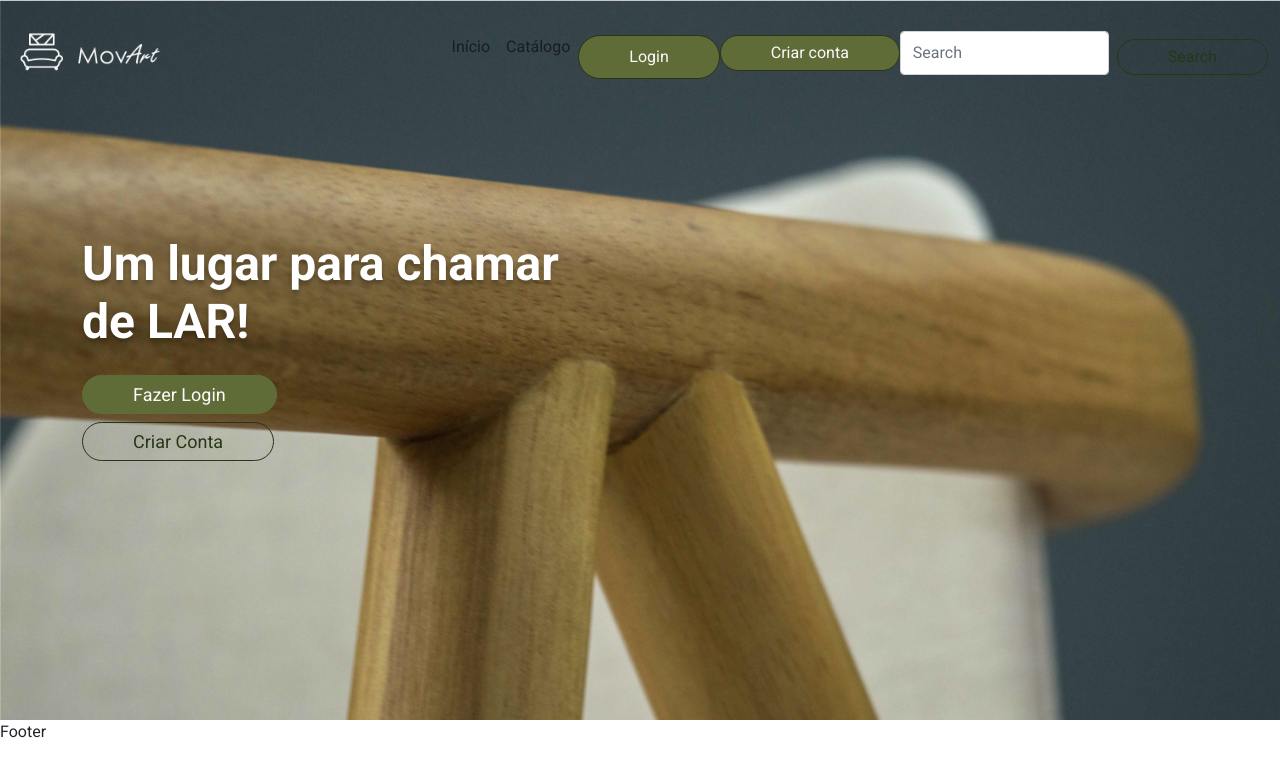
Repository: telesbp/Projeto-4-e-Projeto-5
Page: / (app in front-end/)
An editor plug-in stored every save of this project. The page is shown before and after the next save, followed by the edit.
The browser window is 1280 px wide. The pictures show the whole page.
The project was rebuilt for these pictures with package versions that can differ from the ones it lists, and the page was loaded fresh each time.

Above is the page before, as saved 2022-07-17 17:59:27.

### front-end/public/index.html
<!DOCTYPE html>
<html lang="pt-BR">
  <head>
    <meta charset="utf-8" />
    <link rel="icon" href="%PUBLIC_URL%/favicon.ico" />
    <meta name="viewport" content="width=device-width, initial-scale=1" />
    <meta name="theme-color" content="#000000" />
    <meta
      name="description"
      content="Seu negócio automatizado!"
    />
    <link rel="apple-touch-icon" href="%PUBLIC_URL%/logo192.png" />
    <!--
      manifest.json provides metadata used when your web app is installed on a
      user's mobile device or desktop. See https://developers.google.com/web/fundamentals/web-app-manifest/
    -->
    <link rel="manifest" href="%PUBLIC_URL%/manifest.json" />
    <!--
      Notice the use of %PUBLIC_URL% in the tags above.
      It will be replaced with the URL of the `public` folder during the build.
      Only files inside the `public` folder can be referenced from the HTML.

      Unlike "/favicon.ico" or "favicon.ico", "%PUBLIC_URL%/favicon.ico" will
      work correctly both with client-side routing and a non-root public URL.
      Learn how to configure a non-root public URL by running `npm run build`.
    -->
    <title>Stagio</title>

    <link rel="preconnect" href="https://fonts.googleapis.com">
    <link rel="preconnect" href="https://fonts.gstatic.com" crossorigin>
    <link href="https://fonts.googleapis.com/css2?family=Roboto:wght@400;700&display=swap" rel="stylesheet">
  </head>
  <body>
    <noscript>You need to enable JavaScript to run this app.</noscript>
    <div id="root"></div>
    <!--
      This HTML file is a template.
      If you open it directly in the browser, you will see an empty page.

      You can add webfonts, meta tags, or analytics to this file.
      The build step will place the bundled scripts into the <body> tag.

      To begin the development, run `npm start` or `yarn start`.
      To create a production bundle, use `npm run build` or `yarn build`.
    -->
  </body>
</html>

### front-end/src/index.tsx
import React from 'react';
import ReactDOM from 'react-dom/client';
import App from './App';
import 'bootstrap/dist/css/bootstrap.min.css';
import { BrowserRouter } from 'react-router-dom';
import 'react-toastify/dist/ReactToastify.css';
import { ToastContainer } from 'react-toastify';
import { GlobalStyle } from './assets/css/global';

const root = ReactDOM.createRoot(
  document.getElementById('root') as HTMLElement
);
root.render(
  <React.StrictMode>
    <BrowserRouter>
    <GlobalStyle/>
      <App />
      <ToastContainer/>
    </BrowserRouter>
  </React.StrictMode>
);

### front-end/src/App.tsx
import { HomeView } from "./views/Home";

function App() {
  return (
    <HomeView/>
  );
}

export default App;

### front-end/src/assets/css/global.ts
import { createGlobalStyle } from "styled-components";

export const GlobalStyle = createGlobalStyle`
    body{
       font-family: 'Roboto', sans-serif;
    }
`

### front-end/src/views/Home/index.tsx
import { Container } from "react-bootstrap";
import styled from "styled-components";
import bgSite from "../../assets/img/cadeira1.png"
import { CustomButton } from "../../components/CustomButton";
import { Layout } from "../../components/Layout";

export function HomeView(){
    return(
        <Layout>
            <Banner className="vh-100">
                <Container className="h-100 d-flex flex-column justify-content-center align-items-center align-items-lg-start">
                    <Title className="text-center text-white text-lg-start mt-auto mt-lg-0 ">Um lugar para chamar de LAR!</Title>
                    <CustomButton size="lg" to="login" variant="primary" className="mt-auto mt-lg-3 mb-2">Fazer Login</CustomButton>
                    <CustomButton size="lg" to="cadastro" variant="outline-primary" className="mb-4">Criar Conta</CustomButton>
                </Container>
            </Banner>
        </Layout>
    )
}

const Banner = styled.div`
    background: url(${bgSite}) no-repeat center center;
    background-size: cover;
`
const Title = styled.h1`
    font-size: 2.25rem;
    font-weight: bold;
    text-shadow: 0 4px 4px rgba(0, 0, 0, 0.25);
    @media (min-width: 992px){
        font-size: 3rem;
        max-width: 500px;
    }
`

### front-end/src/components/CustomButton/index.tsx
import { Button, ButtonProps, Spinner } from "react-bootstrap";
import { LinkContainer } from "react-router-bootstrap";
import styled from "styled-components";

type Props = ButtonProps & {
    loading?: boolean
    to?: string
}

export function CustomButton({children, loading, to, ...otherProps}: Props) {
    const button = (
        <ButtonStyled {...otherProps}>
            {loading && (
                <Spinner animation="border" role="status" size="sm" className="me-2">
                    <span className="visually-hidden">Carregando...</span>
                </Spinner>
            )}
            {children}
        </ButtonStyled>
    )
    if (to){
        return(
            <LinkContainer to={to}>
                {button}
            </LinkContainer>
        )
    }
    return button
}
const ButtonStyled = styled(Button)`
    border-radius: 50px;
    font-weight: 500;
    padding:5px 50px 5px 50px;
    ${props => props.size ==='lg' && `
        font-size: 1.125rem;
    `}
    ${props => (props.variant === "primary" || !props.variant) && `
        background-color: #606c38;
        border-color: #606c38;
        color: #fafafa!important;
        &:hover {
            background-color: #283618;
            border-color: #283618;
        }
    `}
    ${props => (props.variant === "outline-primary" || !props.variant) && `
        border-color: #283618;
        color: #283618;
        &:hover {
            background-color: #283618;
            border-color: #283618;
            color: #fafafa;
        }
    `}
`

### front-end/src/components/Layout/index.tsx
import { Header } from "./Header"

type Props = {
    children: React.ReactNode
}
export const Layout: React.FC<Props> = ({children}) => {
    return (
        <>
            <Header/>
            {children}
            <p>Footer</p>
        </>
    )
}

### front-end/src/components/Layout/Header.tsx
import { faBarsStaggered } from "@fortawesome/free-solid-svg-icons";
import { FontAwesomeIcon } from "@fortawesome/react-fontawesome";
import { Container, Form, Nav, Navbar } from "react-bootstrap";
import { Link } from "react-router-dom";
import styled from "styled-components";
import LogoBrand from "../../assets/img/logobranca.png"
import { CustomButton } from "../CustomButton";
export function Header() {
    return(
        <Navbar fixed="top" expand="lg">
        <Container fluid>
          <Navbar.Brand to="/" as={Link}>
            <img src={LogoBrand} alt="MovArt" width={170} height={80}/>
          </Navbar.Brand>
          <NavBarToggleStyled aria-controls="basic-navbar-nav">
            <FontAwesomeIcon icon={faBarsStaggered}  className="text-white" size="lg" />
            </NavBarToggleStyled>
        <NavBarCollapseStyled id="basic-navbar-nav">
          <Nav className="ms-auto">
            <Nav.Link as={Link} to="/" className="justify-contend-center text-center">Início</Nav.Link>
            <Nav.Link as={Link} to="/catálogo" className="justify-contend-center text-center">Catálogo</Nav.Link>
            <CustomButton className="mt-2" >Login</CustomButton>
            <CustomButton className="mt-2 mb-2" >Criar conta</CustomButton>
        </Nav>
            <Form className="d-flex">
              <Form.Control
                type="search"
                placeholder="Search"
                className="me-2"
                aria-label="Search"
              />
              <CustomButton variant="outline-primary" className="mt-2">Search</CustomButton>
            </Form>
          </NavBarCollapseStyled>
        </Container>
      </Navbar>
    )
}
const NavBarToggleStyled = styled(Navbar.Toggle)`
    border:none;
`

const NavBarCollapseStyled = styled(Navbar.Collapse)`
   @media (max-width: 991px) {
   background-color:#fafafa ;
    margin: 0 -12px;
    padding: 1rem 2rem;
}
`

After the next save:
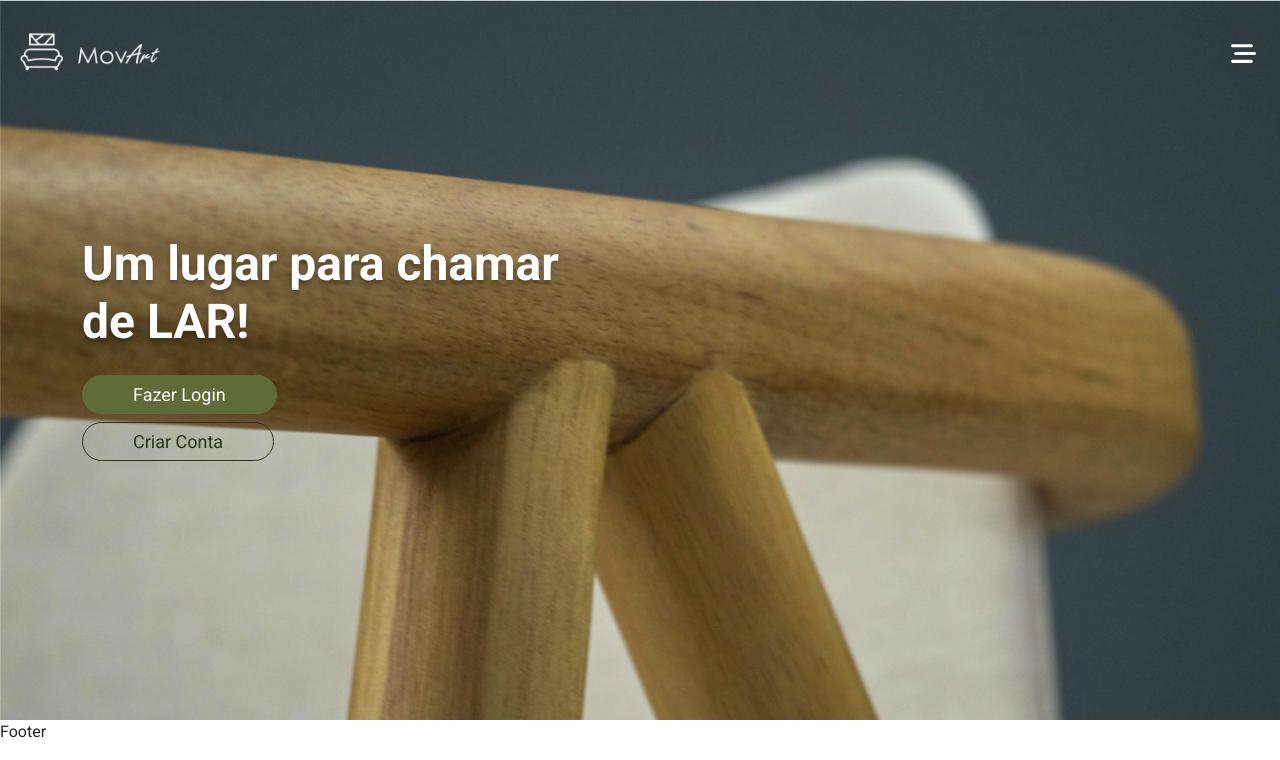
Saved 30 s later.
--- a/front-end/src/components/Layout/Header.tsx
+++ b/front-end/src/components/Layout/Header.tsx
@@ -7,7 +7,7 @@
 import { CustomButton } from "../CustomButton";
 export function Header() {
     return(
-        <Navbar fixed="top" expand="lg">
+        <Navbar fixed="top" expand="false">
         <Container fluid>
           <Navbar.Brand to="/" as={Link}>
             <img src={LogoBrand} alt="MovArt" width={170} height={80}/>

After the save that followed:
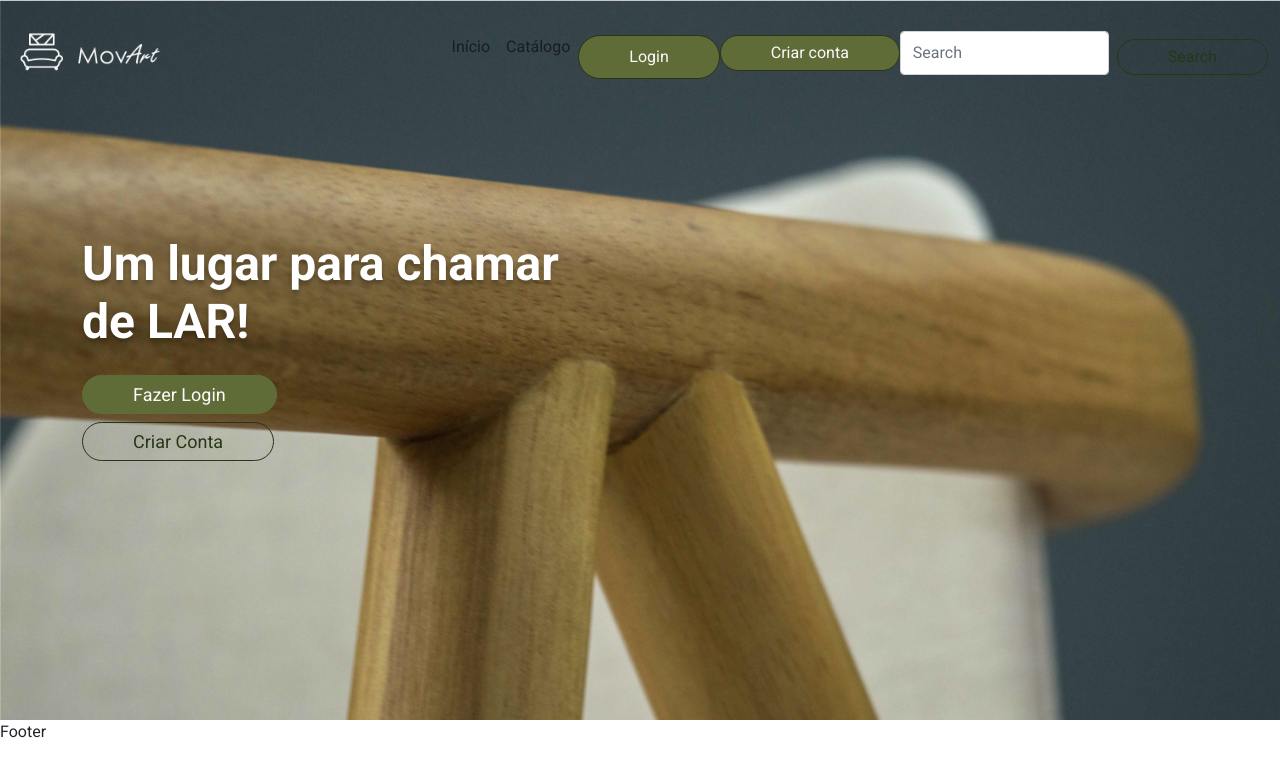
Saved 19 s later.
--- a/front-end/src/components/Layout/Header.tsx
+++ b/front-end/src/components/Layout/Header.tsx
@@ -7,7 +7,7 @@
 import { CustomButton } from "../CustomButton";
 export function Header() {
     return(
-        <Navbar fixed="top" expand="false">
+        <Navbar fixed="top" expand="lg">
         <Container fluid>
           <Navbar.Brand to="/" as={Link}>
             <img src={LogoBrand} alt="MovArt" width={170} height={80}/>
